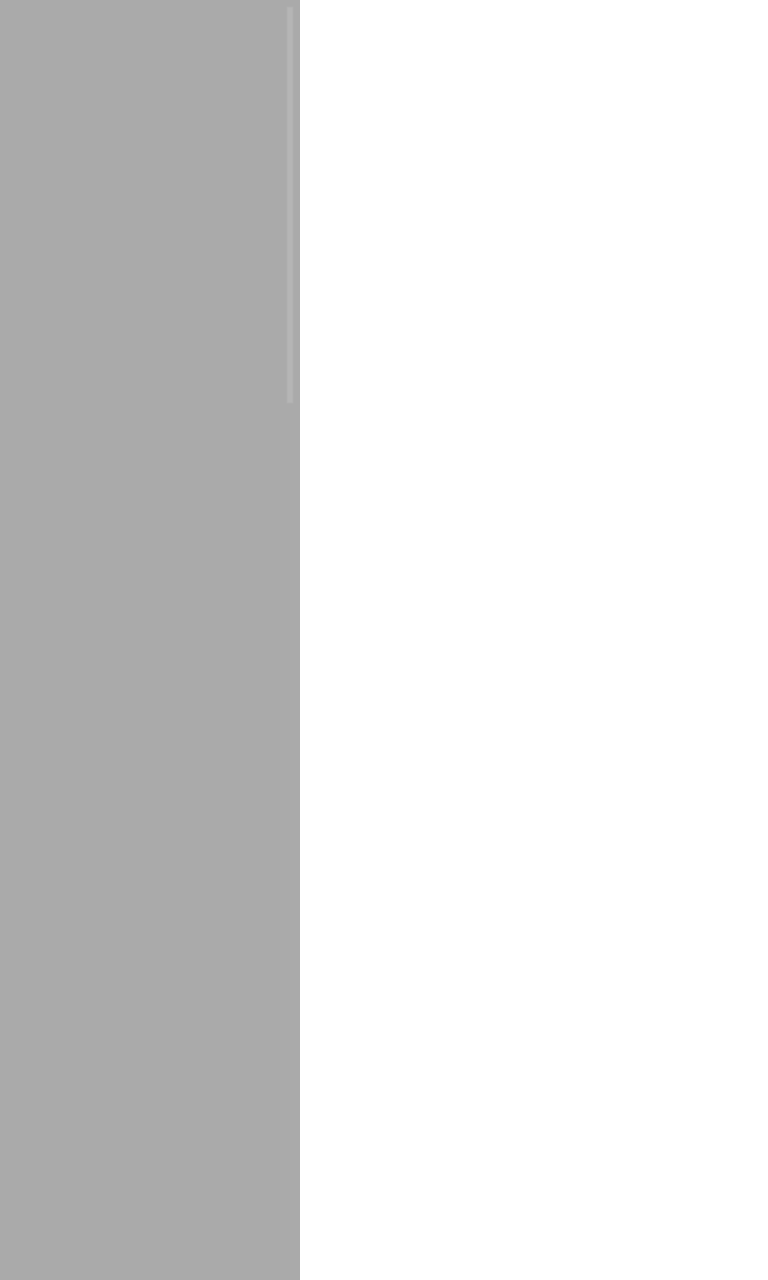
Repository: qfornaguera/AppQuelogy
Layout: AppQueology/res/layout/activity_threshold.xml
These files come from the project's save history. The layout is drawn as it stood at one moment and after the next save; the edit follows.
It is drawn on a 768 x 1280 px phone screen (xhdpi) without system bars, with theme AppTheme; the app's code is not run.

Above is the layout before, as saved 2014-05-27 21:02:34.

After the next save:
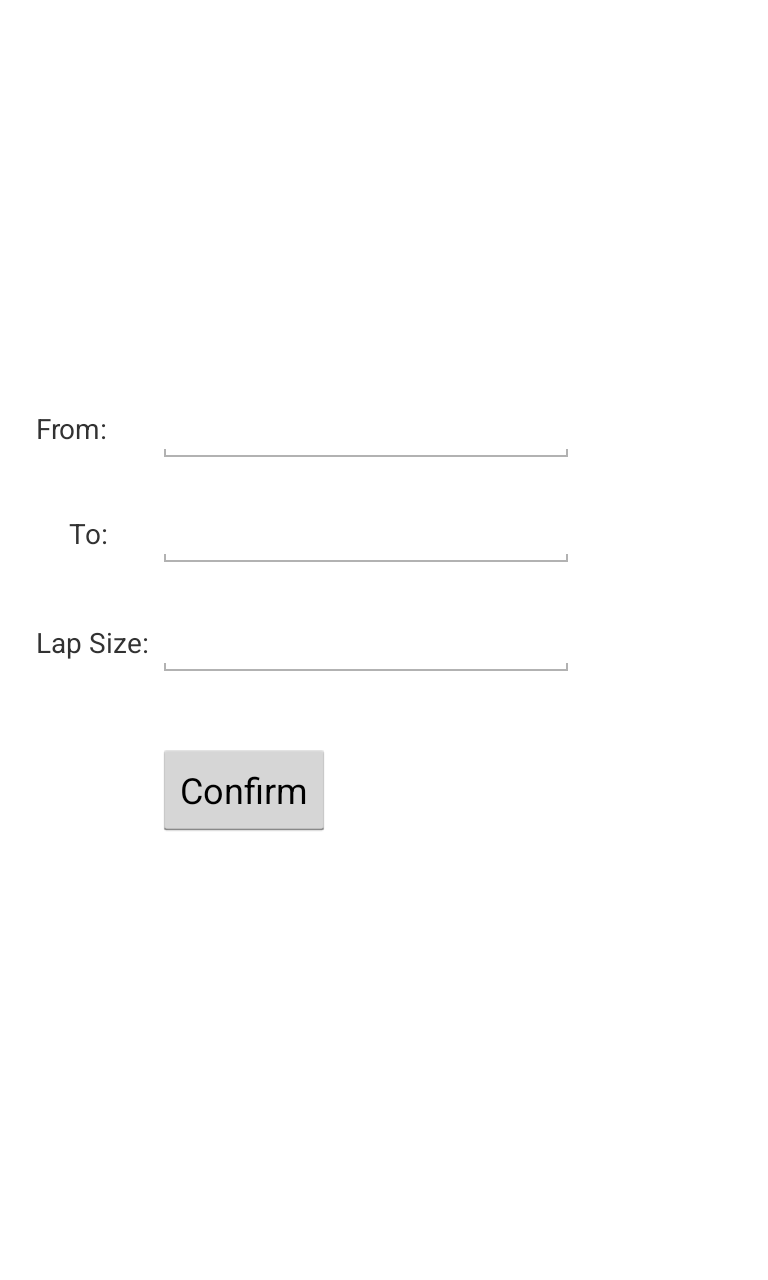
Saved 75 s later.
--- a/AppQueology/res/layout/activity_threshold.xml
+++ b/AppQueology/res/layout/activity_threshold.xml
@@ -72,41 +72,4 @@
         android:layout_marginBottom="22dp"
         android:text="From: " />
 
-    <RelativeLayout
-	    android:id="@+id/graph"
-	    android:layout_width="match_parent"
-	    android:layout_height="match_parent"
-	    android:background="#ffffff" >
-
-
-
-	</RelativeLayout>
-
-    <RelativeLayout
-	    android:layout_width="150dp"
-	    android:layout_height="wrap_content"
-	    android:layout_alignParentLeft="true"
-	    android:layout_alignParentTop="true" >
-	    <ScrollView
-	        android:layout_width="150dp"
-		    android:layout_height="wrap_content"
-		    android:layout_alignParentLeft="true"
-		    android:layout_alignParentTop="true"
-		    android:fillViewport="true" >
-
-		    <RelativeLayout
-		        android:id="@+id/content"
-		        android:layout_width="150dp"
-		        android:layout_height="2000dp"
-		        android:background="#AAAAAA"
-		        android:orientation="vertical" >
-
-
-		    </RelativeLayout>
-
-		</ScrollView>
-
-
-	</RelativeLayout>
-
 </RelativeLayout>
